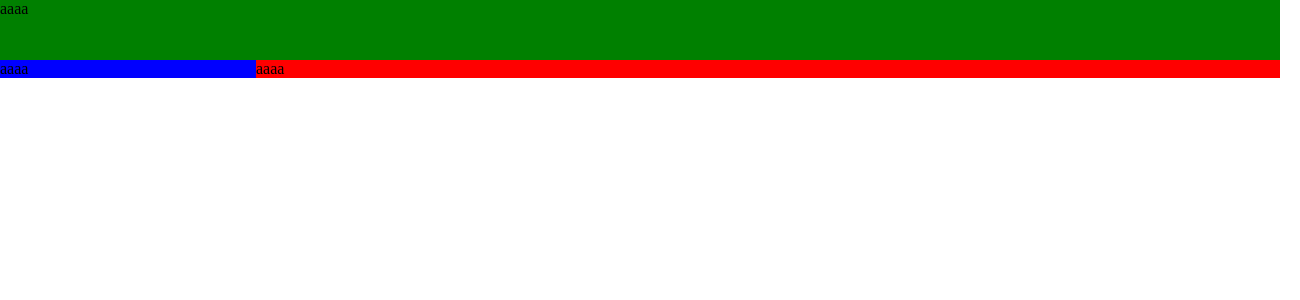
Repository: pleanoma/TooDoo
Page: http://localhost/TooDoo/Home.jsp
The author's editor kept a copy of each file at every save. The page is drawn from the files as they stood at one save, then again after the next save.
The browser window is 1280 px wide. The page is 1280 px wide, then 1300 px, so the pictures cover 1300 px, including what lies to the right of the window. The pictures show the whole page.
The page is served by Tomcat 9.

Above is the page before, as saved 2013-11-27 07:51:30.

After the next save:
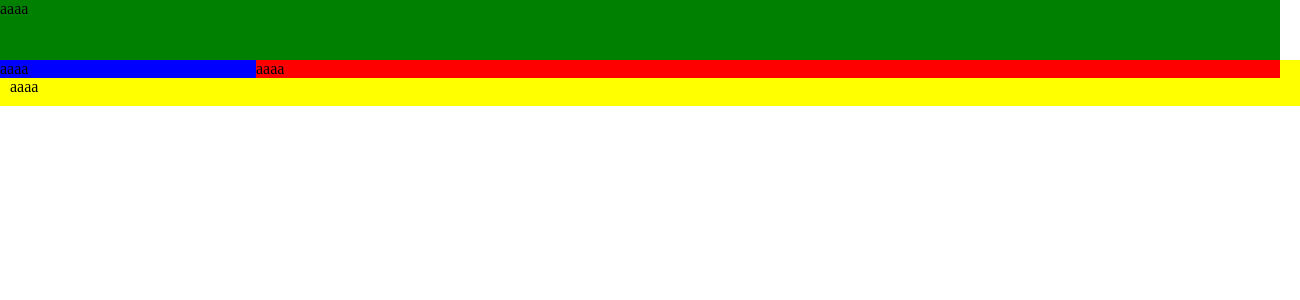
Saved 4 s later.
--- a/TooDoo/WebContent/Home.jsp
+++ b/TooDoo/WebContent/Home.jsp
@@ -21,5 +21,8 @@
 		aaaa
 		</div>
 	</div>
+	<div id="footer">
+		aaaa
+	</div>
 </body>
 </html>
